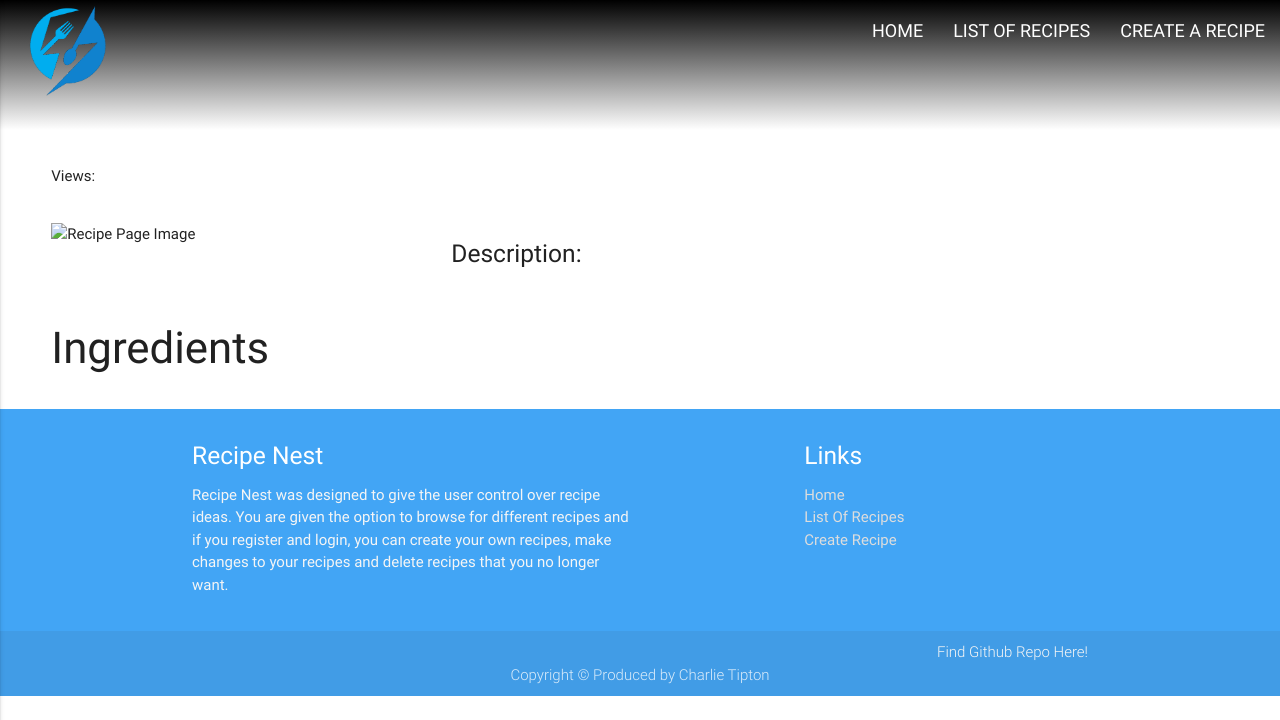
Repository: CharlieJT/Recipes
Page: templates/recipe.html
The author's editor kept a record of every edit. The page is drawn from the files as they stood at one moment, then again after the next edit.
The browser window is 1280 px wide. The pictures show the whole page.
Some web libraries are served in a nearby version. The page is served by the project's application, run on Flask 3 (app.py). The template is opened directly, without the code that normally fills it, so the values that code supplies are empty.

Above is the page before.

After the next edit:
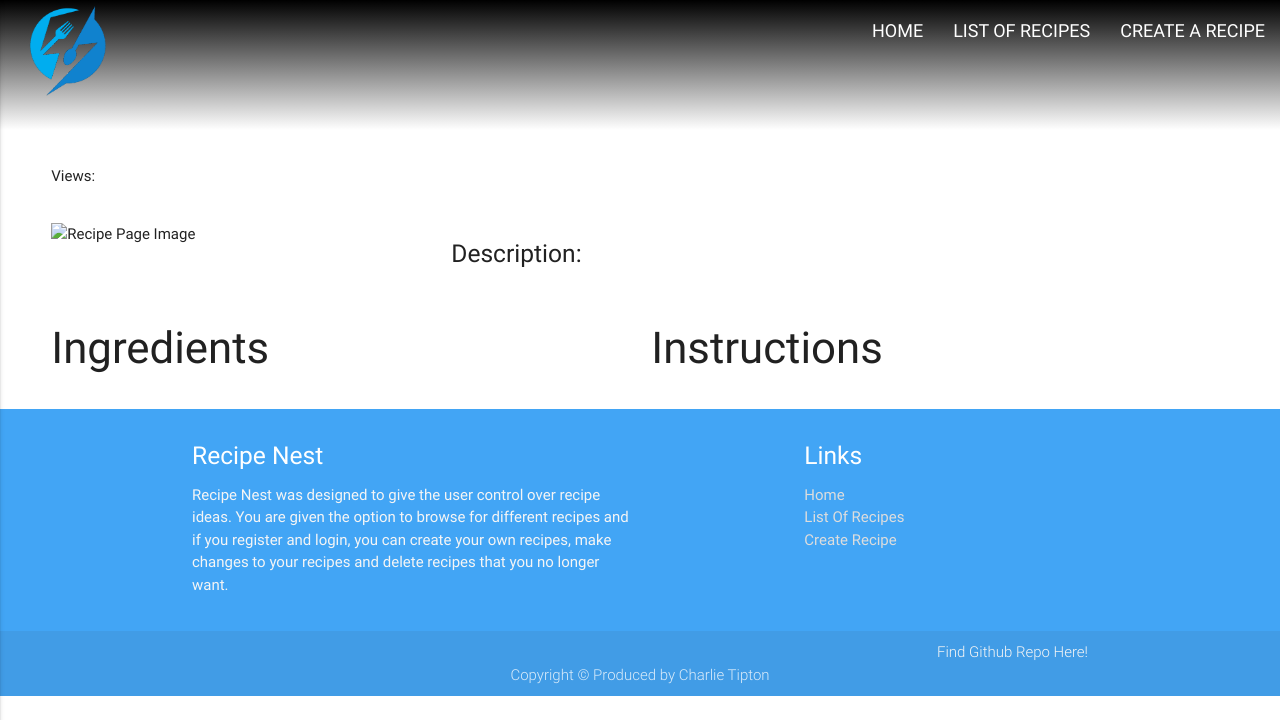
The edit:
--- a/templates/recipe.html
+++ b/templates/recipe.html
@@ -31,14 +31,15 @@
         <div class="row">
             <div class="col s12 l6">
                 <h3>Ingredients</h3>
-                <ul>
+                <ul class="recipe-ingredients">
                     {% for i in recipe.recipe_ingredients.split('.') %}
                     <li>{{ i }}.</li>
                     {% endfor %}
                 </ul>
             </div>
             <div class="col s12 l6">
-                <ul>
+                <h3>Instructions</h3>
+                <ul class="recipe-insturctions">
                     {% for recipe_instruction in recipe.recipe_instructions.split('.') %}
                     <li>{{ recipe_instruction }}.</li>
                     {% endfor %}
